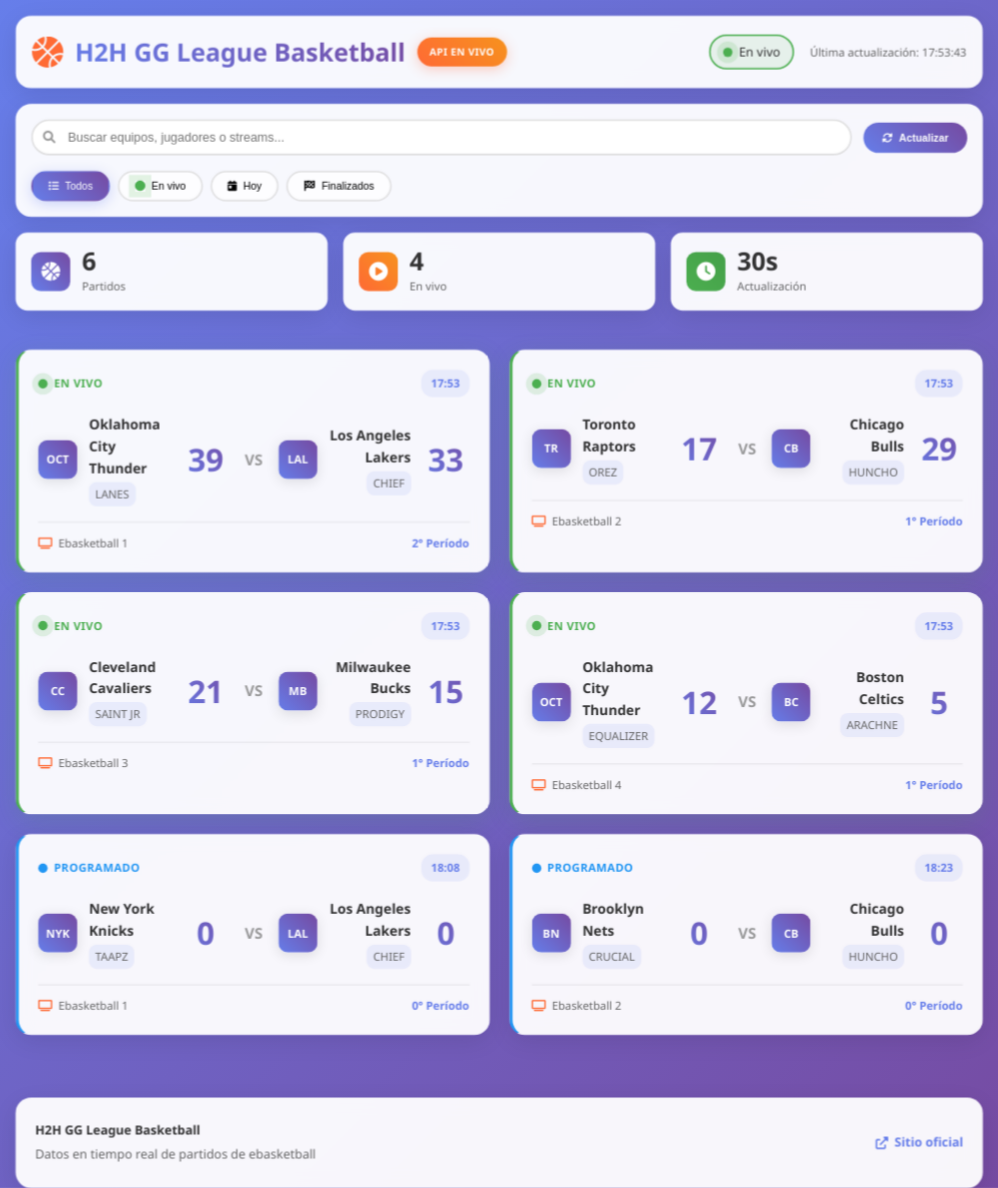
Repository: Diego-Orasystem/AnalisisApuestas
Page: index.html
An editor plug-in stored every save of this project. The page is shown before and after the next save, followed by the edit.
The browser window is 1280 px wide. The pictures show the whole page, at 78% of full size.
The page's requests for data from a server got no answer.

Above is the page before, as saved 2025-07-06 18:37:09.

### index.html
<!DOCTYPE html>
<html lang="es">
<head>
    <meta charset="UTF-8">
    <meta name="viewport" content="width=device-width, initial-scale=1.0">
    <title>H2H GG League Basketball - Partidos en Vivo</title>
    <link rel="stylesheet" href="styles.css">
    <link href="https://cdnjs.cloudflare.com/ajax/libs/font-awesome/6.0.0/css/all.min.css" rel="stylesheet">
</head>
<body>
    <div class="container">
        <!-- Header -->
        <header class="header">
            <div class="header-content">
                <div class="logo">
                    <i class="fas fa-basketball-ball"></i>
                    <h1>H2H GG League Basketball</h1>
                    <span class="api-badge">API EN VIVO</span>
                </div>
                <div class="header-info">
                    <div class="live-indicator">
                        <div class="live-dot"></div>
                        <span>En vivo</span>
                    </div>
                    <div class="update-info">
                        Última actualización: <span id="lastUpdateTime">--:--:--</span>
                    </div>
                </div>
            </div>
        </header>

        <!-- Controls -->
        <div class="controls">
            <div class="search-container">
                <div class="search-box">
                    <i class="fas fa-search"></i>
                    <input type="text" id="searchInput" placeholder="Buscar equipos, jugadores o streams...">
                </div>
                <button class="refresh-btn" onclick="refreshGames()">
                    <i class="fas fa-sync-alt"></i>
                    Actualizar
                </button>
            </div>
            <div class="filters">
                <button class="filter-btn active" data-filter="all">
                    <i class="fas fa-list"></i>
                    Todos
                </button>
                <button class="filter-btn" data-filter="live">
                    <i class="fas fa-circle live-icon"></i>
                    En vivo
                </button>
                <button class="filter-btn" data-filter="today">
                    <i class="fas fa-calendar-day"></i>
                    Hoy
                </button>
                <button class="filter-btn" data-filter="finished">
                    <i class="fas fa-flag-checkered"></i>
                    Finalizados
                </button>
            </div>
        </div>

        <!-- Stats -->
        <div class="stats">
            <div class="stat-card">
                <div class="stat-icon">
                    <i class="fas fa-basketball-ball"></i>
                </div>
                <div class="stat-info">
                    <div class="stat-number" id="totalGames">0</div>
                    <div class="stat-label">Partidos</div>
                </div>
            </div>
            <div class="stat-card">
                <div class="stat-icon">
                    <i class="fas fa-play-circle"></i>
                </div>
                <div class="stat-info">
                    <div class="stat-number" id="liveGames">0</div>
                    <div class="stat-label">En vivo</div>
                </div>
            </div>
            <div class="stat-card">
                <div class="stat-icon">
                    <i class="fas fa-clock"></i>
                </div>
                <div class="stat-info">
                    <div class="stat-number">30s</div>
                    <div class="stat-label">Actualización</div>
                </div>
            </div>
        </div>

        <!-- Main Content -->
        <main class="main-content">
            <!-- Loading -->
            <div class="loading" id="loading">
                <div class="loading-spinner">
                    <div class="spinner"></div>
                </div>
                <p>Cargando partidos...</p>
            </div>

            <!-- Error Message -->
            <div class="error-message" id="errorMessage">
                <i class="fas fa-exclamation-triangle"></i>
                <span>Error al cargar los datos. Reintentando...</span>
            </div>

            <!-- Games Container -->
            <div class="games-container" id="gamesContainer">
                <!-- Los partidos se cargarán aquí dinámicamente -->
            </div>

            <!-- No Games -->
            <div class="no-games" id="noGames" style="display: none;">
                <i class="fas fa-basketball-ball"></i>
                <h3>No hay partidos disponibles</h3>
                <p>No se encontraron partidos que coincidan con tu búsqueda o filtros.</p>
                <button class="refresh-btn" onclick="refreshGames()">
                    <i class="fas fa-sync-alt"></i>
                    Actualizar
                </button>
            </div>
        </main>

        <!-- Footer -->
        <footer class="footer">
            <div class="footer-content">
                <div class="footer-info">
                    <p><strong>H2H GG League Basketball</strong></p>
                    <p>Datos en tiempo real de partidos de ebasketball</p>
                </div>
                <div class="footer-links">
                    <a href="https://h2hgg.com/en/ebasketball" target="_blank">
                        <i class="fas fa-external-link-alt"></i>
                        Sitio oficial
                    </a>
                </div>
            </div>
        </footer>
    </div>

    <!-- Modal -->
    <div class="modal" id="gameModal">
        <div class="modal-dialog">
            <div class="modal-content">
                <div class="modal-header">
                    <h2>Detalles del Partido</h2>
                    <button class="close-btn" onclick="closeModal()">&times;</button>
                </div>
                <div class="modal-teams" id="modalTeams">
                    <!-- Los equipos se cargarán aquí -->
                </div>
                <div class="modal-game-details" id="modalGameDetails">
                    <!-- Los detalles se cargarán aquí -->
                </div>
            </div>
        </div>
    </div>

    <script src="scraper.js"></script>
    <script src="script.js"></script>
</body>
</html>

### styles.css
/* Reset y configuración base */
* {
    margin: 0;
    padding: 0;
    box-sizing: border-box;
}

body {
    font-family: 'Segoe UI', Tahoma, Geneva, Verdana, sans-serif;
    background: linear-gradient(135deg, #667eea 0%, #764ba2 100%);
    min-height: 100vh;
    color: #333;
    line-height: 1.6;
}

.container {
    max-width: 1400px;
    margin: 0 auto;
    padding: 0 20px;
    min-height: 100vh;
    display: flex;
    flex-direction: column;
}

/* Header */
.header {
    background: rgba(255, 255, 255, 0.95);
    backdrop-filter: blur(10px);
    border-radius: 20px;
    margin: 20px 0;
    padding: 20px;
    box-shadow: 0 8px 32px rgba(0, 0, 0, 0.1);
    border: 1px solid rgba(255, 255, 255, 0.2);
}

.header-content {
    display: flex;
    justify-content: space-between;
    align-items: center;
    flex-wrap: wrap;
    gap: 15px;
}

.logo {
    display: flex;
    align-items: center;
    gap: 15px;
}

.logo i {
    font-size: 2.5rem;
    color: #ff6b35;
    animation: bounce 2s infinite;
}

.logo h1 {
    font-size: 2rem;
    font-weight: 700;
    background: linear-gradient(45deg, #667eea, #764ba2);
    -webkit-background-clip: text;
    -webkit-text-fill-color: transparent;
    background-clip: text;
}

.api-badge {
    background: linear-gradient(45deg, #ff6b35, #f7931e);
    color: white;
    padding: 8px 16px;
    border-radius: 20px;
    font-size: 0.8rem;
    font-weight: 600;
    text-transform: uppercase;
    letter-spacing: 0.5px;
    box-shadow: 0 4px 15px rgba(255, 107, 53, 0.3);
}

.header-info {
    display: flex;
    align-items: center;
    gap: 20px;
    flex-wrap: wrap;
}

.live-indicator {
    display: flex;
    align-items: center;
    gap: 8px;
    background: rgba(76, 175, 80, 0.1);
    padding: 8px 16px;
    border-radius: 25px;
    border: 2px solid #4CAF50;
}

.live-dot {
    width: 12px;
    height: 12px;
    background: #4CAF50;
    border-radius: 50%;
    animation: pulse 1.5s infinite;
}

.update-info {
    color: #666;
    font-size: 0.9rem;
}

/* Controls */
.controls {
    background: rgba(255, 255, 255, 0.95);
    backdrop-filter: blur(10px);
    border-radius: 20px;
    padding: 20px;
    margin-bottom: 20px;
    box-shadow: 0 8px 32px rgba(0, 0, 0, 0.1);
}

.search-container {
    display: flex;
    gap: 15px;
    margin-bottom: 20px;
    align-items: center;
    flex-wrap: wrap;
}

.search-box {
    flex: 1;
    position: relative;
    min-width: 250px;
}

.search-box i {
    position: absolute;
    left: 15px;
    top: 50%;
    transform: translateY(-50%);
    color: #999;
    z-index: 1;
}

.search-box input {
    width: 100%;
    padding: 12px 15px 12px 45px;
    border: 2px solid #e0e0e0;
    border-radius: 25px;
    font-size: 1rem;
    background: white;
    transition: all 0.3s ease;
}

.search-box input:focus {
    outline: none;
    border-color: #667eea;
    box-shadow: 0 0 0 3px rgba(102, 126, 234, 0.1);
}

.refresh-btn {
    background: linear-gradient(45deg, #667eea, #764ba2);
    color: white;
    border: none;
    padding: 12px 24px;
    border-radius: 25px;
    font-weight: 600;
    cursor: pointer;
    transition: all 0.3s ease;
    display: flex;
    align-items: center;
    gap: 8px;
    white-space: nowrap;
}

.refresh-btn:hover {
    transform: translateY(-2px);
    box-shadow: 0 8px 25px rgba(102, 126, 234, 0.3);
}

.refresh-btn:active {
    transform: translateY(0);
}

.filters {
    display: flex;
    gap: 10px;
    flex-wrap: wrap;
}

.filter-btn {
    background: rgba(255, 255, 255, 0.8);
    border: 2px solid #e0e0e0;
    padding: 10px 20px;
    border-radius: 25px;
    cursor: pointer;
    transition: all 0.3s ease;
    font-weight: 500;
    display: flex;
    align-items: center;
    gap: 8px;
}

.filter-btn:hover {
    background: rgba(102, 126, 234, 0.1);
    border-color: #667eea;
    transform: translateY(-1px);
}

.filter-btn.active {
    background: linear-gradient(45deg, #667eea, #764ba2);
    color: white;
    border-color: transparent;
    box-shadow: 0 4px 15px rgba(102, 126, 234, 0.3);
}

.live-icon {
    color: #4CAF50;
    animation: pulse 1.5s infinite;
}

/* Stats */
.stats {
    display: grid;
    grid-template-columns: repeat(auto-fit, minmax(200px, 1fr));
    gap: 20px;
    margin-bottom: 30px;
}

.stat-card {
    background: rgba(255, 255, 255, 0.95);
    backdrop-filter: blur(10px);
    border-radius: 15px;
    padding: 20px;
    box-shadow: 0 8px 32px rgba(0, 0, 0, 0.1);
    display: flex;
    align-items: center;
    gap: 15px;
    transition: all 0.3s ease;
}

.stat-card:hover {
    transform: translateY(-5px);
    box-shadow: 0 15px 40px rgba(0, 0, 0, 0.15);
}

.stat-icon {
    width: 50px;
    height: 50px;
    border-radius: 12px;
    display: flex;
    align-items: center;
    justify-content: center;
    font-size: 1.5rem;
    color: white;
}

.stat-card:nth-child(1) .stat-icon {
    background: linear-gradient(45deg, #667eea, #764ba2);
}

.stat-card:nth-child(2) .stat-icon {
    background: linear-gradient(45deg, #ff6b35, #f7931e);
}

.stat-card:nth-child(3) .stat-icon {
    background: linear-gradient(45deg, #4CAF50, #45a049);
}

.stat-info {
    flex: 1;
}

.stat-number {
    font-size: 2rem;
    font-weight: 700;
    color: #333;
    line-height: 1;
}

.stat-label {
    color: #666;
    font-size: 0.9rem;
    font-weight: 500;
    margin-top: 5px;
}

/* Main Content */
.main-content {
    flex: 1;
    margin-bottom: 30px;
}

/* Loading */
.loading {
    display: none;
    flex-direction: column;
    align-items: center;
    justify-content: center;
    padding: 60px 20px;
    background: rgba(255, 255, 255, 0.95);
    backdrop-filter: blur(10px);
    border-radius: 20px;
    box-shadow: 0 8px 32px rgba(0, 0, 0, 0.1);
}

.loading-spinner {
    margin-bottom: 20px;
}

.spinner {
    width: 50px;
    height: 50px;
    border: 4px solid #f3f3f3;
    border-top: 4px solid #667eea;
    border-radius: 50%;
    animation: spin 1s linear infinite;
}

.loading p {
    color: #666;
    font-size: 1.1rem;
    font-weight: 500;
}

/* Error Message */
.error-message {
    background: linear-gradient(45deg, #ff4444, #cc0000);
    color: white;
    padding: 15px 20px;
    border-radius: 15px;
    margin-bottom: 20px;
    display: none;
    align-items: center;
    gap: 10px;
    box-shadow: 0 4px 15px rgba(255, 68, 68, 0.3);
}

.error-message i {
    font-size: 1.2rem;
}

/* Games Container */
.games-container {
    display: grid;
    grid-template-columns: repeat(auto-fit, minmax(400px, 1fr));
    gap: 25px;
    padding: 20px 0;
}

/* Game Cards */
.game-card {
    background: rgba(255, 255, 255, 0.95);
    backdrop-filter: blur(10px);
    border-radius: 20px;
    padding: 25px;
    box-shadow: 0 8px 32px rgba(0, 0, 0, 0.1);
    border: 1px solid rgba(255, 255, 255, 0.2);
    transition: all 0.3s ease;
    cursor: pointer;
    position: relative;
    overflow: hidden;
}

.game-card::before {
    content: '';
    position: absolute;
    top: 0;
    left: 0;
    right: 0;
    height: 4px;
    background: linear-gradient(45deg, #667eea, #764ba2);
    opacity: 0;
    transition: opacity 0.3s ease;
}

.game-card:hover {
    transform: translateY(-8px);
    box-shadow: 0 20px 50px rgba(0, 0, 0, 0.15);
}

.game-card:hover::before {
    opacity: 1;
}

.game-card.live {
    border-left: 4px solid #4CAF50;
    animation: liveGlow 2s infinite alternate;
}

.game-card.finished {
    border-left: 4px solid #9e9e9e;
}

.game-card.scheduled {
    border-left: 4px solid #2196F3;
}

/* Game Header */
.game-header {
    display: flex;
    justify-content: space-between;
    align-items: center;
    margin-bottom: 20px;
}

.game-status {
    display: flex;
    align-items: center;
    gap: 8px;
}

.status-indicator {
    width: 12px;
    height: 12px;
    border-radius: 50%;
}

.status-indicator.live {
    background: #4CAF50;
    animation: pulse 1.5s infinite;
}

.status-indicator.finished {
    background: #9e9e9e;
}

.status-indicator.scheduled {
    background: #2196F3;
}

.status-text {
    font-weight: 600;
    font-size: 0.9rem;
    text-transform: uppercase;
    letter-spacing: 0.5px;
}

.status-text.live {
    color: #4CAF50;
}

.status-text.finished {
    color: #9e9e9e;
}

.status-text.scheduled {
    color: #2196F3;
}

.game-time {
    background: rgba(102, 126, 234, 0.1);
    color: #667eea;
    padding: 6px 12px;
    border-radius: 15px;
    font-weight: 600;
    font-size: 0.9rem;
}

/* Game Teams */
.game-teams {
    display: flex;
    align-items: center;
    justify-content: space-between;
    margin-bottom: 20px;
}

.team {
    display: flex;
    align-items: center;
    gap: 15px;
    flex: 1;
}

.away-team {
    flex-direction: row-reverse;
    text-align: right;
}

.team-logo {
    position: relative;
    width: 50px;
    height: 50px;
    border-radius: 12px;
    overflow: hidden;
    box-shadow: 0 4px 15px rgba(0, 0, 0, 0.1);
}

.team-logo img {
    width: 100%;
    height: 100%;
    object-fit: cover;
}

.team-initial {
    width: 100%;
    height: 100%;
    background: linear-gradient(45deg, #667eea, #764ba2);
    color: white;
    display: flex;
    align-items: center;
    justify-content: center;
    font-weight: 700;
    font-size: 0.9rem;
}

.team-info {
    flex: 1;
}

.away-team .team-info {
    text-align: right;
}

.team-name {
    font-weight: 700;
    font-size: 1.1rem;
    color: #333;
    margin-bottom: 4px;
}

.team-player {
    color: #666;
    font-size: 0.9rem;
    font-weight: 500;
    background: rgba(102, 126, 234, 0.1);
    padding: 4px 8px;
    border-radius: 10px;
    display: inline-block;
}

.team-score {
    font-size: 2.5rem;
    font-weight: 700;
    color: #333;
    min-width: 60px;
    text-align: center;
    background: linear-gradient(45deg, #667eea, #764ba2);
    -webkit-background-clip: text;
    -webkit-text-fill-color: transparent;
    background-clip: text;
}

.game-vs {
    margin: 0 20px;
    font-weight: 700;
    color: #999;
    font-size: 1.2rem;
}

/* Game Footer */
.game-footer {
    display: flex;
    justify-content: space-between;
    align-items: center;
    padding-top: 15px;
    border-top: 1px solid rgba(0, 0, 0, 0.1);
}

.game-league {
    display: flex;
    align-items: center;
    gap: 8px;
    color: #666;
    font-size: 0.9rem;
    font-weight: 500;
}

.game-league i {
    color: #ff6b35;
}

.game-period {
    color: #667eea;
    font-weight: 600;
    font-size: 0.9rem;
}

/* No Games */
.no-games {
    text-align: center;
    padding: 60px 20px;
    background: rgba(255, 255, 255, 0.95);
    backdrop-filter: blur(10px);
    border-radius: 20px;
    box-shadow: 0 8px 32px rgba(0, 0, 0, 0.1);
}

.no-games i {
    font-size: 4rem;
    color: #ccc;
    margin-bottom: 20px;
}

.no-games h3 {
    color: #333;
    margin-bottom: 10px;
    font-size: 1.5rem;
}

.no-games p {
    color: #666;
    margin-bottom: 25px;
}

.no-games .refresh-btn {
    display: inline-flex;
}

/* Modal */
.modal {
    display: none;
    position: fixed;
    z-index: 1000;
    left: 0;
    top: 0;
    width: 100%;
    height: 100%;
    background-color: rgba(0, 0, 0, 0.5);
    backdrop-filter: blur(5px);
}

.modal-dialog {
    position: relative;
    margin: 5% auto;
    max-width: 600px;
    width: 90%;
    max-height: 80vh;
    overflow-y: auto;
}

.modal-content {
    background: white;
    border-radius: 20px;
    padding: 30px;
    box-shadow: 0 20px 60px rgba(0, 0, 0, 0.3);
    position: relative;
}

.modal-header {
    display: flex;
    justify-content: space-between;
    align-items: center;
    margin-bottom: 25px;
    padding-bottom: 15px;
    border-bottom: 2px solid #f0f0f0;
}

.modal-header h2 {
    color: #333;
    font-size: 1.8rem;
    font-weight: 700;
}

.close-btn {
    background: none;
    border: none;
    font-size: 1.5rem;
    color: #999;
    cursor: pointer;
    padding: 5px;
    border-radius: 50%;
    transition: all 0.3s ease;
}

.close-btn:hover {
    background: #f0f0f0;
    color: #333;
}

.modal-teams {
    display: flex;
    align-items: center;
    justify-content: space-between;
    margin-bottom: 30px;
    padding: 20px;
    background: #f8f9fa;
    border-radius: 15px;
}

.modal-team {
    display: flex;
    align-items: center;
    gap: 15px;
    flex: 1;
}

.modal-team:last-child {
    flex-direction: row-reverse;
    text-align: right;
}

.modal-team-logo {
    width: 60px;
    height: 60px;
    border-radius: 15px;
    object-fit: cover;
    box-shadow: 0 4px 15px rgba(0, 0, 0, 0.1);
}

.modal-team-info h3 {
    color: #333;
    font-size: 1.2rem;
    margin-bottom: 5px;
}

.modal-team-info p {
    color: #666;
    font-size: 0.9rem;
    margin: 2px 0;
}

.modal-team-score {
    font-size: 3rem;
    font-weight: 700;
    background: linear-gradient(45deg, #667eea, #764ba2);
    -webkit-background-clip: text;
    -webkit-text-fill-color: transparent;
    background-clip: text;
    min-width: 80px;
    text-align: center;
}

.modal-vs {
    margin: 0 20px;
    font-weight: 700;
    color: #999;
    font-size: 1.5rem;
}

.modal-game-details {
    display: grid;
    gap: 15px;
}

.detail-item {
    display: flex;
    justify-content: space-between;
    align-items: center;
    padding: 12px 15px;
    background: #f8f9fa;
    border-radius: 10px;
}

.detail-label {
    font-weight: 600;
    color: #333;
}

.detail-value {
    color: #666;
    font-weight: 500;
}

.detail-value.live {
    color: #4CAF50;
    font-weight: 700;
}

.detail-value.finished {
    color: #9e9e9e;
    font-weight: 700;
}

.detail-value.scheduled {
    color: #2196F3;
    font-weight: 700;
}

/* Footer */
.footer {
    background: rgba(255, 255, 255, 0.95);
    backdrop-filter: blur(10px);
    border-radius: 20px;
    padding: 25px;
    margin-top: 30px;
    box-shadow: 0 8px 32px rgba(0, 0, 0, 0.1);
}

.footer-content {
    display: flex;
    justify-content: space-between;
    align-items: center;
    flex-wrap: wrap;
    gap: 20px;
}

.footer-info p {
    color: #666;
    margin: 5px 0;
}

.footer-info strong {
    color: #333;
}

.footer-links a {
    color: #667eea;
    text-decoration: none;
    font-weight: 600;
    display: flex;
    align-items: center;
    gap: 8px;
    transition: all 0.3s ease;
}

.footer-links a:hover {
    color: #764ba2;
    transform: translateY(-1px);
}

/* Animations */
@keyframes bounce {
    0%, 20%, 50%, 80%, 100% {
        transform: translateY(0);
    }
    40% {
        transform: translateY(-10px);
    }
    60% {
        transform: translateY(-5px);
    }
}

@keyframes pulse {
    0% {
        box-shadow: 0 0 0 0 rgba(76, 175, 80, 0.7);
    }
    70% {
        box-shadow: 0 0 0 10px rgba(76, 175, 80, 0);
    }
    100% {
        box-shadow: 0 0 0 0 rgba(76, 175, 80, 0);
    }
}

@keyframes spin {
    0% { transform: rotate(0deg); }
    100% { transform: rotate(360deg); }
}

@keyframes liveGlow {
    0% {
        box-shadow: 0 8px 32px rgba(0, 0, 0, 0.1);
    }
    100% {
        box-shadow: 0 8px 32px rgba(76, 175, 80, 0.2);
    }
}

/* Responsive Design */
@media (max-width: 768px) {
    .container {
        padding: 0 15px;
    }

    .header-content {
        flex-direction: column;
        text-align: center;
    }

    .logo h1 {
        font-size: 1.5rem;
    }

    .search-container {
        flex-direction: column;
    }

    .search-box {
        min-width: 100%;
    }

    .filters {
        justify-content: center;
    }

    .games-container {
        grid-template-columns: 1fr;
        gap: 20px;
    }

    .game-teams {
        flex-direction: column;
        gap: 15px;
    }

    .away-team {
        flex-direction: row;
        text-align: left;
    }

    .game-vs {
        margin: 0;
        transform: rotate(90deg);
    }

    .modal-teams {
        flex-direction: column;
        gap: 20px;
    }

    .modal-team:last-child {
        flex-direction: row;
        text-align: left;
    }

    .footer-content {
        flex-direction: column;
        text-align: center;
    }
}

@media (max-width: 480px) {
    .logo i {
        font-size: 2rem;
    }

    .logo h1 {
        font-size: 1.3rem;
    }

    .team-score {
        font-size: 2rem;
    }

    .modal-team-score {
        font-size: 2.5rem;
    }

    .stat-number {
        font-size: 1.5rem;
    }
}

Loaded but not shown: script.js (495 lines, source omitted); scraper.js (473 lines, source omitted)

After the next save:
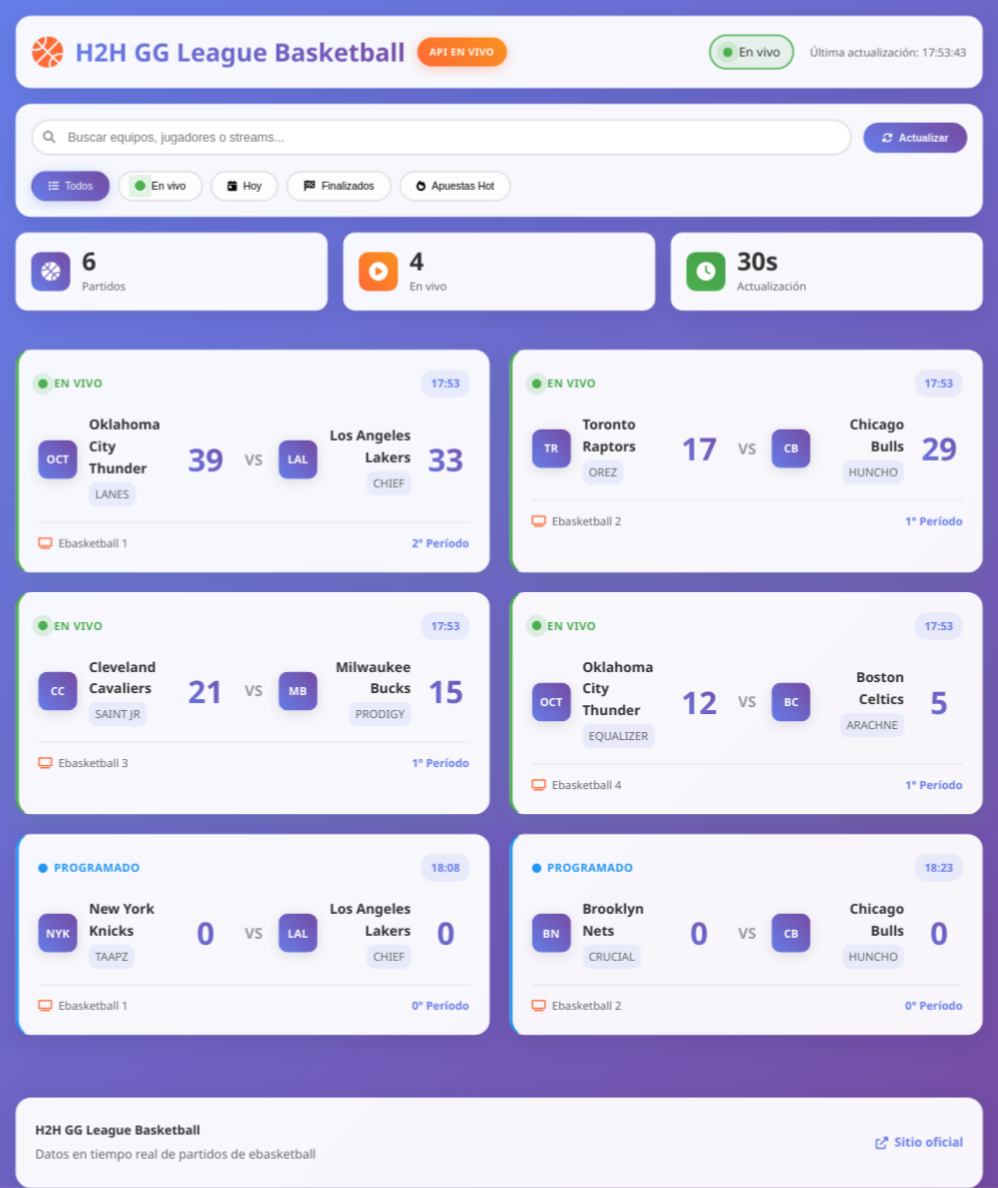
Saved 8 s later.
--- a/index.html
+++ b/index.html
@@ -57,6 +57,10 @@
                 <button class="filter-btn" data-filter="finished">
                     <i class="fas fa-flag-checkered"></i>
                     Finalizados
+                </button>
+                <button class="filter-btn betting-filter" data-filter="betting">
+                    <i class="fas fa-fire"></i>
+                    Apuestas Hot
                 </button>
             </div>
         </div>
